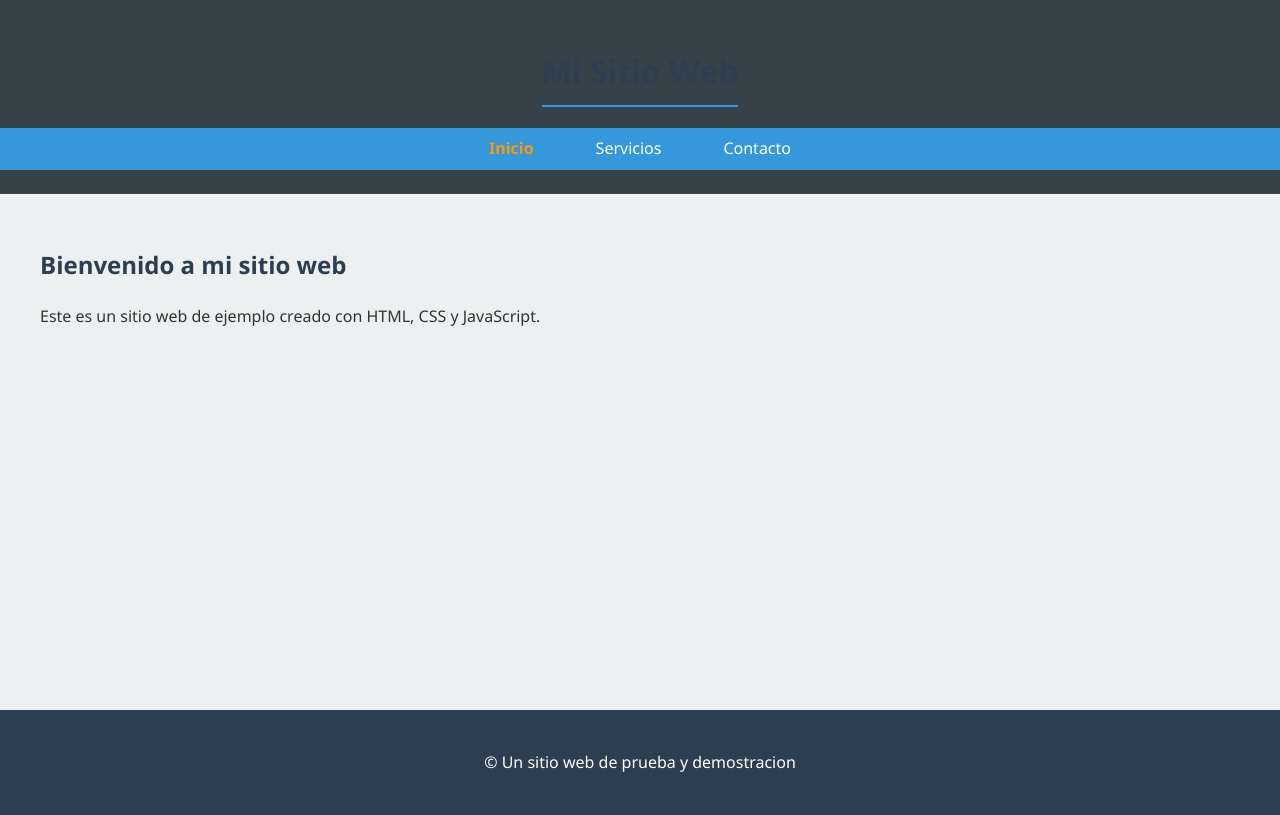
Repository: Sevanjo/Pagina_web
Page: HTML/index.html
These files come from the project's save history. The page is drawn as it stood at one moment and after the next save; the edit follows.
The browser window is 1280 px wide. The pictures show the whole page.

Above is the page before, as saved 2025-04-20 19:17:55.

### HTML/index.html
<!DOCTYPE html>
<html lang="es">
<head>
    <meta charset="UTF-8">
    <meta name="viewport" content="width=device-width, initial-scale=1.0">
    <title>Mi Sitio Web - Inicio</title>
    <link rel="stylesheet" href="../CSS/styles.css">
</head>
<body>
    <header>
        <h1>Mi Sitio Web</h1>
        <nav>
            <ul>
                <li><a href="index.html">Inicio</a></li>
                <li><a href="servicios.html">Servicios</a></li>
                <li><a href="contacto.html">Contacto</a></li>
            </ul>
        </nav>
    </header>

    <main>
        <section>
            <h2>Bienvenido a mi sitio web</h2>
            <p>Este es un sitio web de ejemplo creado con HTML, CSS y JavaScript.</p>
        </section>
    </main>

    <footer>
        <p>&copy; Un sitio web de prueba y demostracion</p>
    </footer>

    <script src="js/script.js"></script>
</body>
</html>

### CSS/styles.css
/* Variables de color */
:root {
    --primary-color: #2c3e50;
    --secondary-color: #3498db;
    --accent-color: #e74c3c;
    --light-color: #ecf0f1;
    --dark-color: #2c3e50;
    --text-color: #333333;
    --text-light: #ffffff;
}

/* Estilos generales */
body {
    font-family: 'Segoe UI', Tahoma, Geneva, Verdana, sans-serif;
    line-height: 1.6;
    margin: 0;
    padding: 0;
    color: var(--text-color);
    background-color: var(--light-color);
}

header {
    background: var(--primary-color);
    color: var(--text-light);
    padding: 1.5rem 0;
    text-align: center;
    box-shadow: 0 2px 5px rgb(250, 249, 249);
}

nav {
    background: var(--secondary-color);
    padding: 0.5rem 0;
}

nav ul {
    padding: 0;
    list-style: none;
    text-align: center;
    margin: 0;
    display: flex;
    justify-content: center;
}

nav li {
    margin: 0 15px;
}

nav a {
    color: var(--text-light);
    text-decoration: none;
    padding: 0.5rem 1rem;
    border-radius: 4px;
    transition: all 0.3s ease;
}

nav a:hover {
    background: rgba(255,255,255,0.2);
}

main {
    padding: 2rem;
    max-width: 1200px;
    margin: 0 auto;
    min-height: calc(100vh - 300px); /* Ajuste para el footer */
}

footer {
    background: var(--primary-color);
    color: var(--text-light);
    text-align: center;
    padding: 1.5rem;
    margin-top: 2rem;
}

/* Estilos para títulos */
h1, h2, h3 {
    color: var(--primary-color);
}

h1 {
    border-bottom: 2px solid var(--secondary-color);
    padding-bottom: 0.5rem;
    display: inline-block;
}

/* Botones */
button, .button {
    background: var(--secondary-color);
    color: var(--text-light);
    border: none;
    padding: 0.6rem 1.2rem;
    border-radius: 4px;
    cursor: pointer;
    transition: all 0.3s ease;
}

button:hover, .button:hover {
    background: var(--accent-color);
    transform: translateY(-2px);
}

/* Efectos adicionales */
.card {
    background: white;
    border-radius: 8px;
    padding: 1.5rem;
    margin: 1rem 0;
    box-shadow: 0 2px 10px rgba(0,0,0,0.1);
    transition: transform 0.3s ease;
}

.card:hover {
    transform: translateY(-5px);
}

### JS/script.js
// Función para manejar el envío del formulario
document.getElementById('contactForm')?.addEventListener('submit', function(e) {
    e.preventDefault();

    const name = document.getElementById('name').value;
    const email = document.getElementById('email').value;
    const message = document.getElementById('message').value;

    // Validación simple
    if (name && email && message) {
        alert(`Gracias ${name}, tu mensaje ha sido enviado. Te responderemos a ${email} pronto.`);
        this.reset();
    } else {
        alert('Por favor completa todos los campos.');
    }
});

// Cambiar el color del encabezado al hacer scroll
window.addEventListener('scroll', function() {
    const header = document.querySelector('header');
    if (window.scrollY > 50) {
        header.style.backgroundColor = '#222';
    } else {
        header.style.backgroundColor = '#35424a';
    }
});

// Resaltar el enlace de la página actual
document.addEventListener('DOMContentLoaded', function() {
    const currentPage = location.pathname.split('/').pop();
    const links = document.querySelectorAll('nav a');

    links.forEach(link => {
        if (link.getAttribute('href') === currentPage) {
            link.style.fontWeight = 'bold';
            link.style.color = '#ff9900';
        }
    });
});

After the next save:
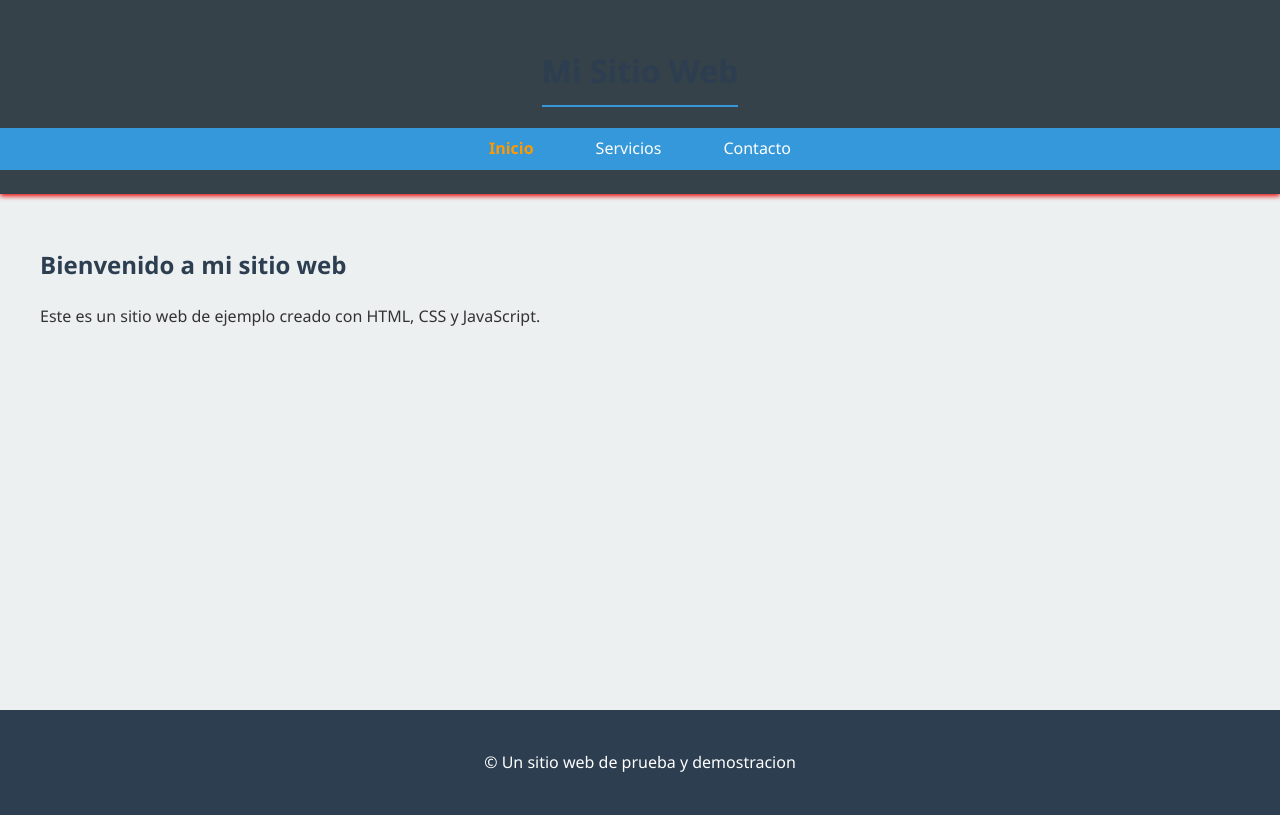
Saved 11 s later.
--- a/CSS/styles.css
+++ b/CSS/styles.css
@@ -24,7 +24,7 @@ header {
     color: var(--text-light);
     padding: 1.5rem 0;
     text-align: center;
-    box-shadow: 0 2px 5px rgb(250, 249, 249);
+    box-shadow: 0 2px 5px rgb(234, 3, 3);
 }
 
 nav {
